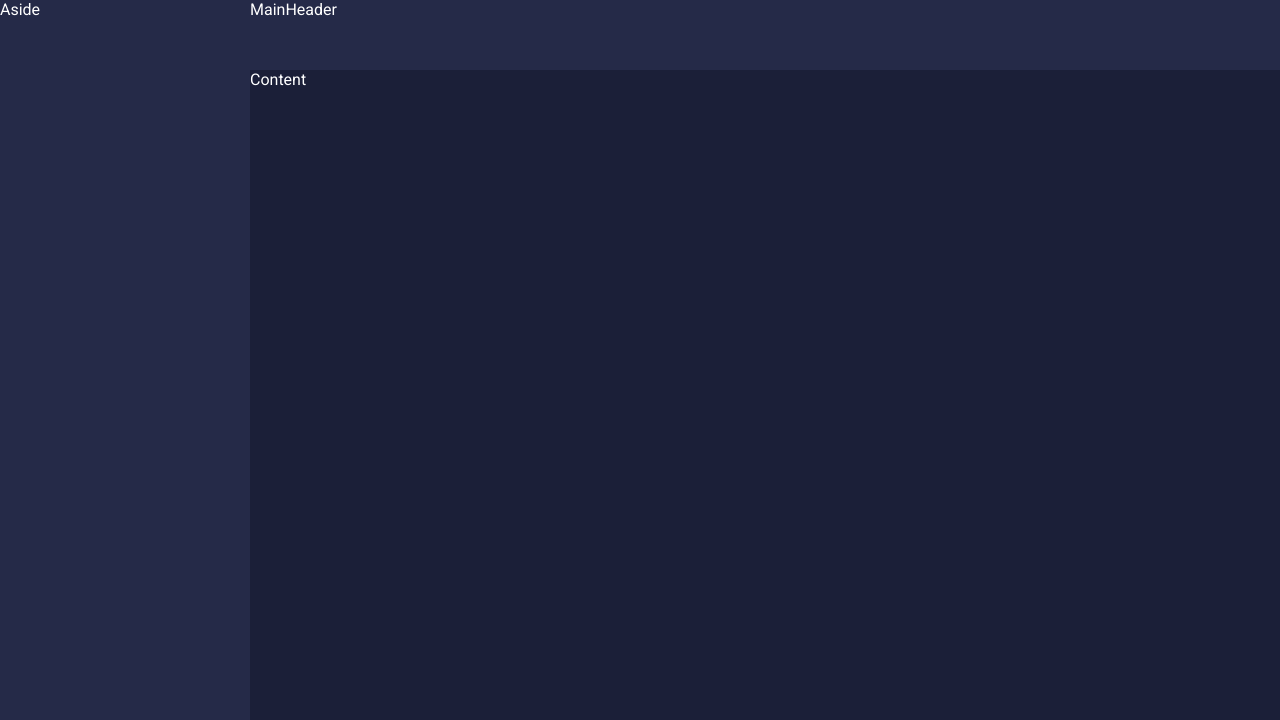
Repository: XFERRER7/dashboard
Page: /
These files come from the project's save history. The page is drawn as it stood at one moment and after a run of saves; the edit follows.
The browser window is 1280 px wide. The pictures show the whole page.
The project was rebuilt for these pictures with package versions that can differ from the ones it lists, and the page was loaded fresh each time. Also part of the build but not shown: vite.config.ts.

Above is the page before, as saved 2022-07-06 15:26:31.

### index.html
<!DOCTYPE html>
<html lang="pt-br">

<head>
  <meta charset="UTF-8" />
  <meta name="viewport" content="width=device-width, initial-scale=1.0" />
  <link rel="shortcut icon" href="src/assets/Logo.svg" type="image/x-icon">
  <link rel="preconnect" href="https://fonts.googleapis.com">
  <link rel="preconnect" href="https://fonts.gstatic.com" crossorigin>
  <link href="https://fonts.googleapis.com/css2?family=Roboto:wght@400;500;700&display=swap" rel="stylesheet">
  <title>Dashboard</title>
</head>

<body>
  <div id="root"></div>
  <script type="module" src="/src/main.tsx"></script>
</body>

</html>

### src/main.tsx
import React from 'react'
import ReactDOM from 'react-dom/client'
import {App} from './App'

ReactDOM.createRoot(document.getElementById('root')!).render(
  <React.StrictMode>
    <App />
  </React.StrictMode>
)

### src/App.tsx
import Global from "./styles/Global"
import { Layout } from './components/Layout'
import { ThemeProvider } from 'styled-components'
import dark from './styles/Themes/dark'

export const App = () => {
  return (
    <div>
      <ThemeProvider theme={dark}>
        <Global />
        <Layout />
      </ThemeProvider>
    </div>
  )
}

### src/styles/Global.ts
import { createGlobalStyle } from 'styled-components'

export default createGlobalStyle`

  * {
    margin: 0;
    padding: 0;
    box-sizing: border-box;
  }

  html, body, #root {
    height: 100%;
  }

  *, button, input {
    border: 0;
    outline: 0;
    font-family: 'Roboto', sans-serif;
  }

  button {
    cursor: pointer;
  }

`;

### src/components/Layout/index.tsx
import {Container} from './Styles'
import { MainHeader} from '../MainHeader'
import { Content} from '../Content'
import { Aside} from '../Aside'

export const Layout = () => {
  return (
    <Container>
      <MainHeader/>
      <Aside/>
      <Content/>
    </Container>
  )
}

### src/styles/Themes/dark.ts
export default {
  title: 'dark',

  colors: {
    primary: '#1B1F38',
    secondary: '#252A48',
    tertiary: '##313862',

    white: '#fff',
    black: '#000',
    gray: '#dfdfdf',

    sucess: '#4E41F0',
    info: '#F7931B',
    warnig: '#E44C4E'


  }
}

### src/components/Layout/Styles.ts
import styled from "styled-components"

export const Container = styled.div`
  display: grid;
  grid-template-columns: 250px auto;
  grid-template-rows: 70px auto;

  grid-template-areas:
  'AS MH'
  'AS CT';
  height: 100vh;

`

### src/components/MainHeader/index.tsx
import {Container} from './Styles'


export const MainHeader = () => {
  return (
    <Container>
      <div>MainHeader</div>
    </Container>
  )
}

### src/components/Content/index.tsx
import {Container} from './Styles'


export const Content = () => {
  return (
    <Container>
      <div>Content</div>

    </Container>
  )
}

### src/components/Aside/index.tsx
import {Container} from './Styles'


export const Aside = () => {
  return (
    <Container>
      <div>Aside</div>

    </Container>
  )
}

### src/components/MainHeader/Styles.ts
import styled from "styled-components"

export const Container = styled.div`
  grid-area: MH;
  color: ${props => props.theme.colors.white};
  background-color: ${props => props.theme.colors.secondary};
`

### src/components/Content/Styles.ts
import styled from "styled-components"

export const Container = styled.div`
  grid-area: CT;
  color: ${props => props.theme.colors.white};
  background-color: ${props => props.theme.colors.primary};
`

### src/components/Aside/Styles.ts
import styled from "styled-components"

export const Container = styled.div`
  grid-area: AS;
  color: ${props => props.theme.colors.white};
  background-color: ${props => props.theme.colors.secondary};
`

### src/styles/Themes/light.ts
export default {
  title: 'light',

  colors: {
    primary: '#DCDCDC',
    secondary: '##E5E5E5',
    tertiary: '##F5F5F5',

    white: '#000',
    black: '#fff',
    gray: '#dfdfdf',

    sucess: '#03BB85',
    info: '#3B5998',
    warnig: '#FF6961'


  }
}

After the next 2 saves:
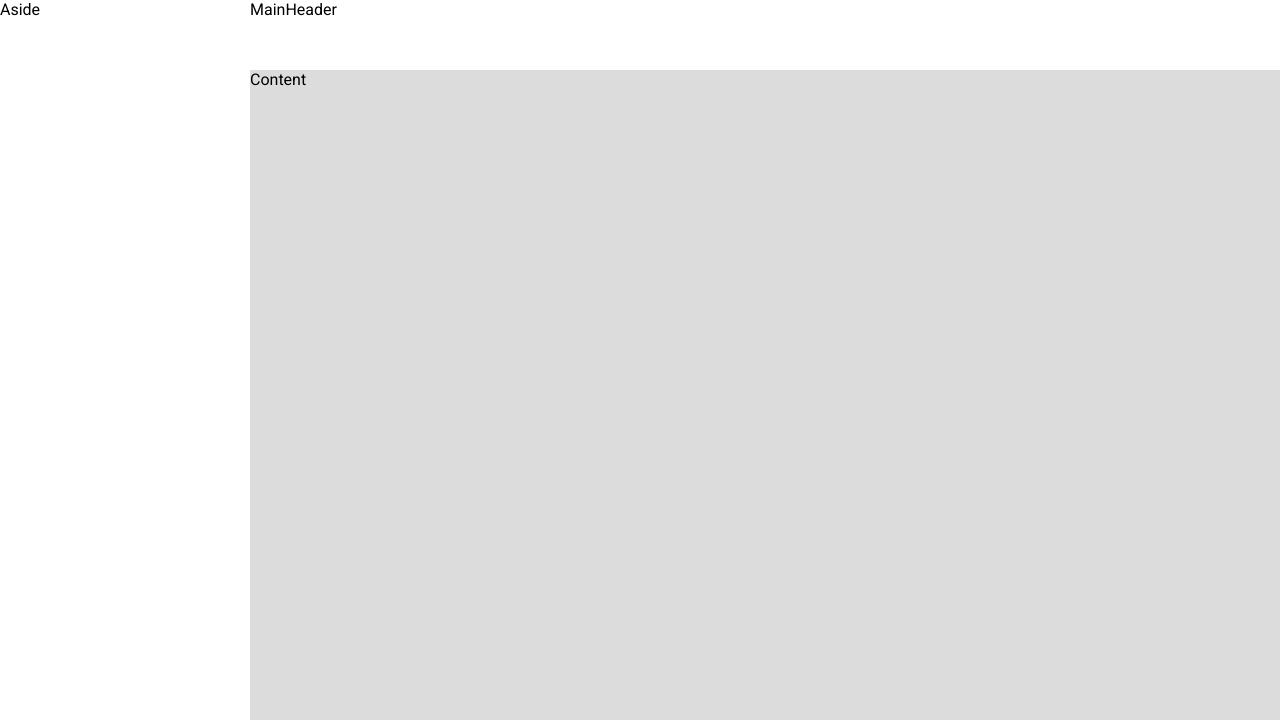
The 2 saves are shown as one change because they came seconds apart.
The last was saved 22 s later.
--- a/src/App.tsx
+++ b/src/App.tsx
@@ -2,6 +2,7 @@
 import { Layout } from './components/Layout'
 import { ThemeProvider } from 'styled-components'
 import dark from './styles/Themes/dark'
+import dark from './styles/Themes/light'
 
 export const App = () => {
   return (

After the save that followed:
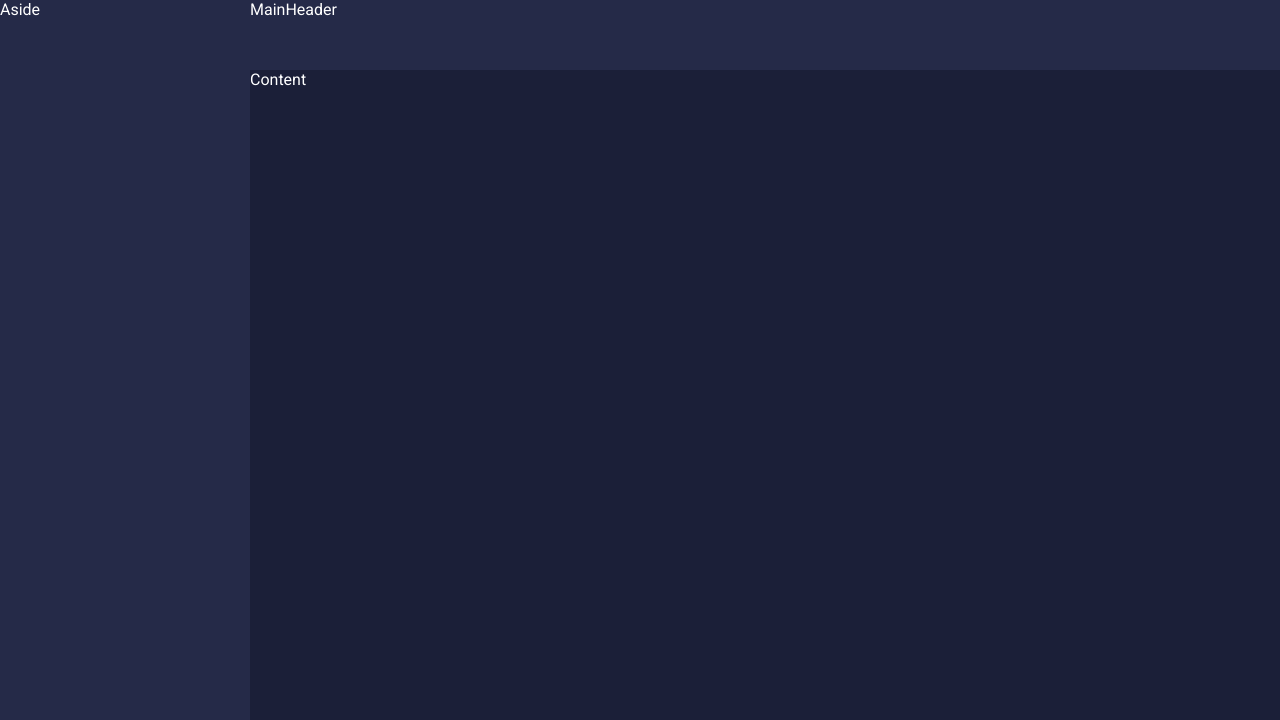
Saved 4 s later.
--- a/src/App.tsx
+++ b/src/App.tsx
@@ -2,7 +2,7 @@
 import { Layout } from './components/Layout'
 import { ThemeProvider } from 'styled-components'
 import dark from './styles/Themes/dark'
-import dark from './styles/Themes/light'
+import light from './styles/Themes/light'
 
 export const App = () => {
   return (
